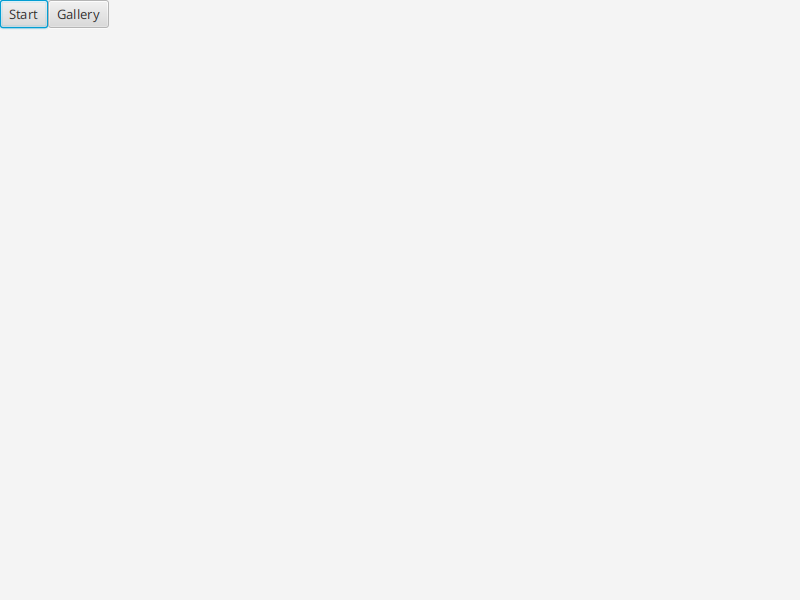
Repository: HT33376/curiouscats
Program's window: java curiouscats/src/main/java/meat/MainApp.java
An editor plug-in stored every save of this project. The program's window is shown before and after the next save, followed by the edit.
It runs on Java 21 on a 1366 x 768 screen with JavaFX 11; the title bar is not drawn.

Above is the program's window before, as saved 2025-06-11 23:52:01.

### curiouscats/src/main/java/meat/MainApp.java
package meat;

import javafx.application.Application;
import javafx.scene.Scene;
import javafx.scene.control.Label;
import javafx.stage.Stage;
import javafx.scene.control.Button;
import javafx.scene.layout.HBox;

public class MainApp extends Application {
    public static void main(String[] args) {
        launch(args);
    }

    @Override
    public void start(Stage stage) {

        Button start = new Button("Start");
        Button gallery = new Button("Gallery");

        HBox hbox = new HBox(start, gallery); // Create an HBox and add the button
        Scene scene = new Scene(hbox, 800, 600);

        stage.setScene(scene);
        stage.setTitle("JavaFX Maven App");
        stage.show();
    }

}

After the next save:
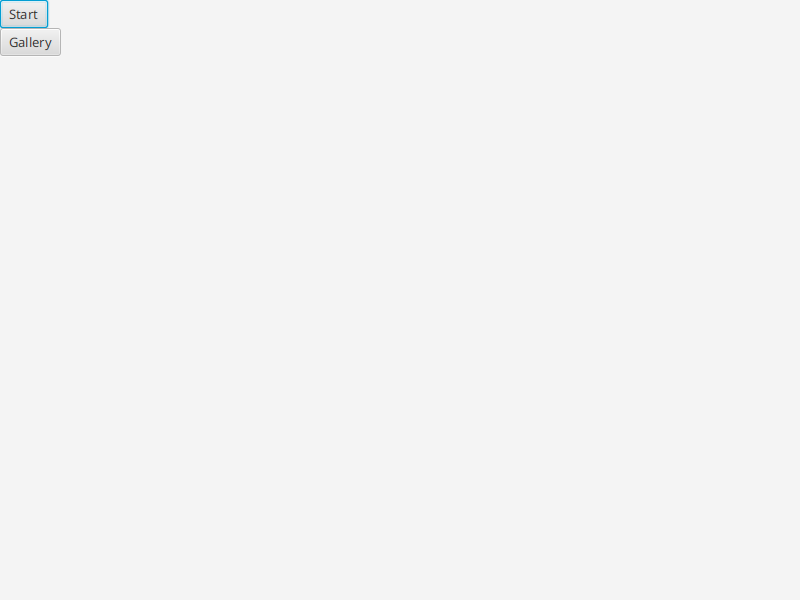
Saved 17 s later.
--- a/curiouscats/src/main/java/meat/MainApp.java
+++ b/curiouscats/src/main/java/meat/MainApp.java
@@ -5,7 +5,7 @@
 import javafx.scene.control.Label;
 import javafx.stage.Stage;
 import javafx.scene.control.Button;
-import javafx.scene.layout.HBox;
+import javafx.scene.layout.VBox;
 
 public class MainApp extends Application {
     public static void main(String[] args) {
@@ -18,7 +18,7 @@
         Button start = new Button("Start");
         Button gallery = new Button("Gallery");
 
-        HBox hbox = new HBox(start, gallery); // Create an HBox and add the button
+        VBox hbox = new VBox(start, gallery); // Create an HBox and add the button
         Scene scene = new Scene(hbox, 800, 600);
 
         stage.setScene(scene);
